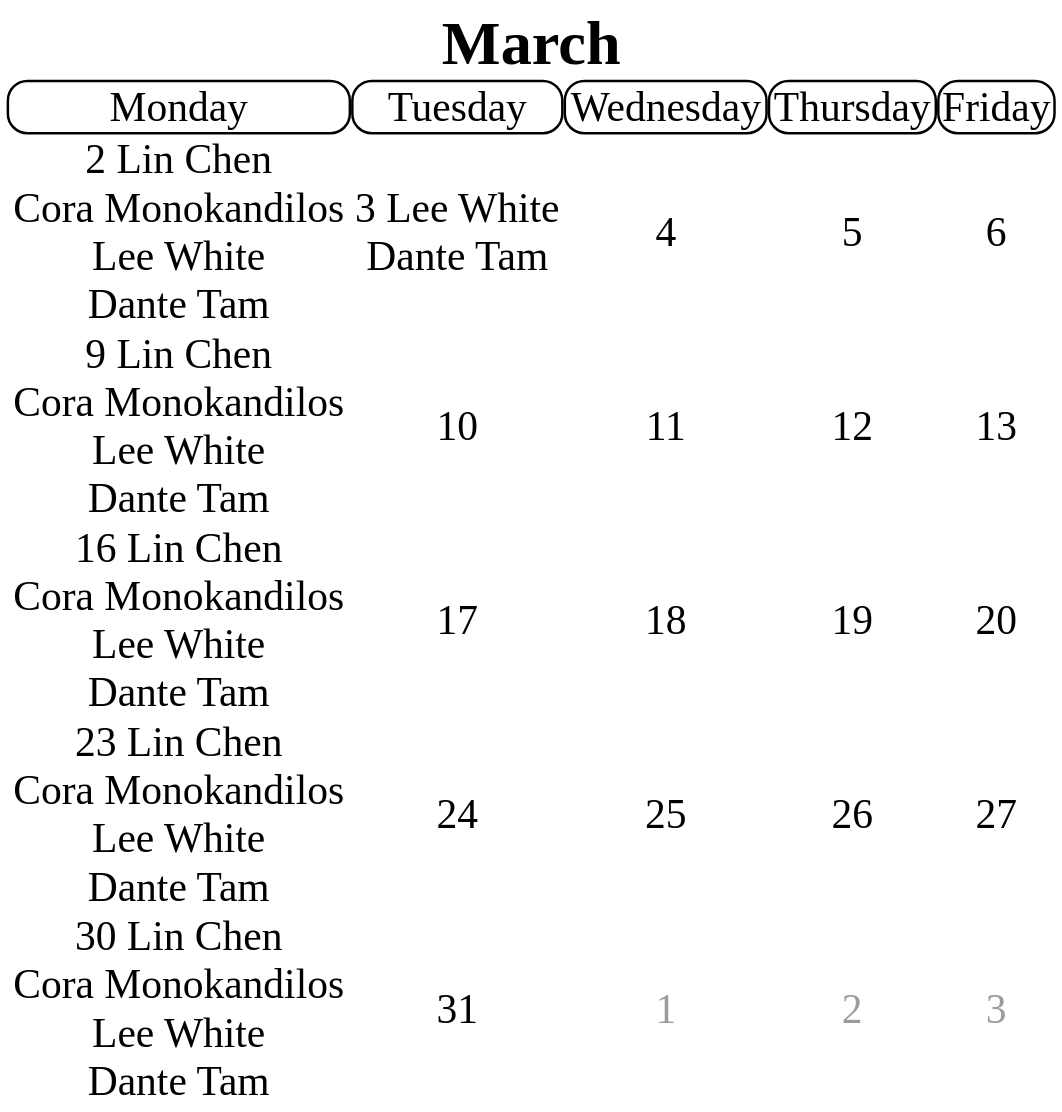
Repository: shleewhite/missionBitCalendar
Page: views/mar.html
The author's editor kept a record of every edit. The page is drawn from the files as they stood at one moment, then again after the next edit.
The browser window is 1280 px wide. The pictures show the whole page, at 83% of full size.

Above is the page before.

### views/mar.html
<article id="mar">
<html>
    <link rel="stylesheet" type="text/css" href="main.css">
    <head></head>
    <body>
        <table id="monthTable">
                <th class="monthHeader" colspan="5">March</th>
            <tr>
                <td class="weekday">Monday</td>
                <td class="weekday">Tuesday</td>
                <td class="weekday">Wednesday</td>
                <td class="weekday">Thursday</td>
                <td class="weekday">Friday</td>
            </tr>
            <tr>
                <td>2 Lin Chen<br>Cora Monokandilos<br>Lee White<br>Dante Tam</td>
                <td>3 Lee White<br>Dante Tam</td>
                <td>4</td>
                <td>5</td>
                <td>6</td>
            </tr>
            <tr>
                <td>9 Lin Chen<br>Cora Monokandilos<br>Lee White<br>Dante Tam</td>
                <td>10</td>
                <td>11</td>
                <td>12</td>
                <td>13</td>
            </tr>
            <tr>
                <td>16 Lin Chen<br>Cora Monokandilos<br>Lee White<br>Dante Tam</td>
                <td>17</td>
                <td>18</td>
                <td>19</td>
                <td>20</td>
            </tr>
            <tr>
                <td>23 Lin Chen<br>Cora Monokandilos<br>Lee White<br>Dante Tam</td>
                <td>24</td>
                <td>25</td>
                <td>26</td>
                <td>27</td>
            </tr>
            <tr>
                <td>30 Lin Chen<br>Cora Monokandilos<br>Lee White<br>Dante Tam</td>
                <td>31</td>
                <td class="nextMonth">1</td>
                <td class="nextMonth">2</td>
                <td class="nextMonth">3</td>
            </tr>
        </table>
    </body>
</html>

### views/main.css
table {
    text-align: center;
    font-size: 50px;
    width: 100%;
    height: 700px;
    border-spacing: 50px 20px;

}
table th {
    text-align: center;
}
#year{
    /*font-family: 'Lobster', cursive;*/
    font-size: 100px;
}
.month{
    border-collapse: separate;
    border-color: #000000;
    border-radius: 25px;
    border-style: double;

    border-top-width: 15px;
    border-bottom-width: 15px;
    border-left-width: 15px;
    border-right-width: 15px;
    cursor: pointer;
}
.monthHeader {
    font-size: 75px;
    border-style: none;
}
.weekday {
    font-size: 50px;
    border-style: solid;
    border-radius: 25px;
}
#monthTable {
    border-spacing: 0px;
    border-color: #000000;
    border-radius: 25px;
    cursor: pointer;
    padding: 0px;
}
.days {
    font-size: 20px;
    text-align: left;
    border-style: double;
}
.noOne {
    text-align: center;
}
.nextMonth {
    color: #9C9C9C;
}

After the next edit:
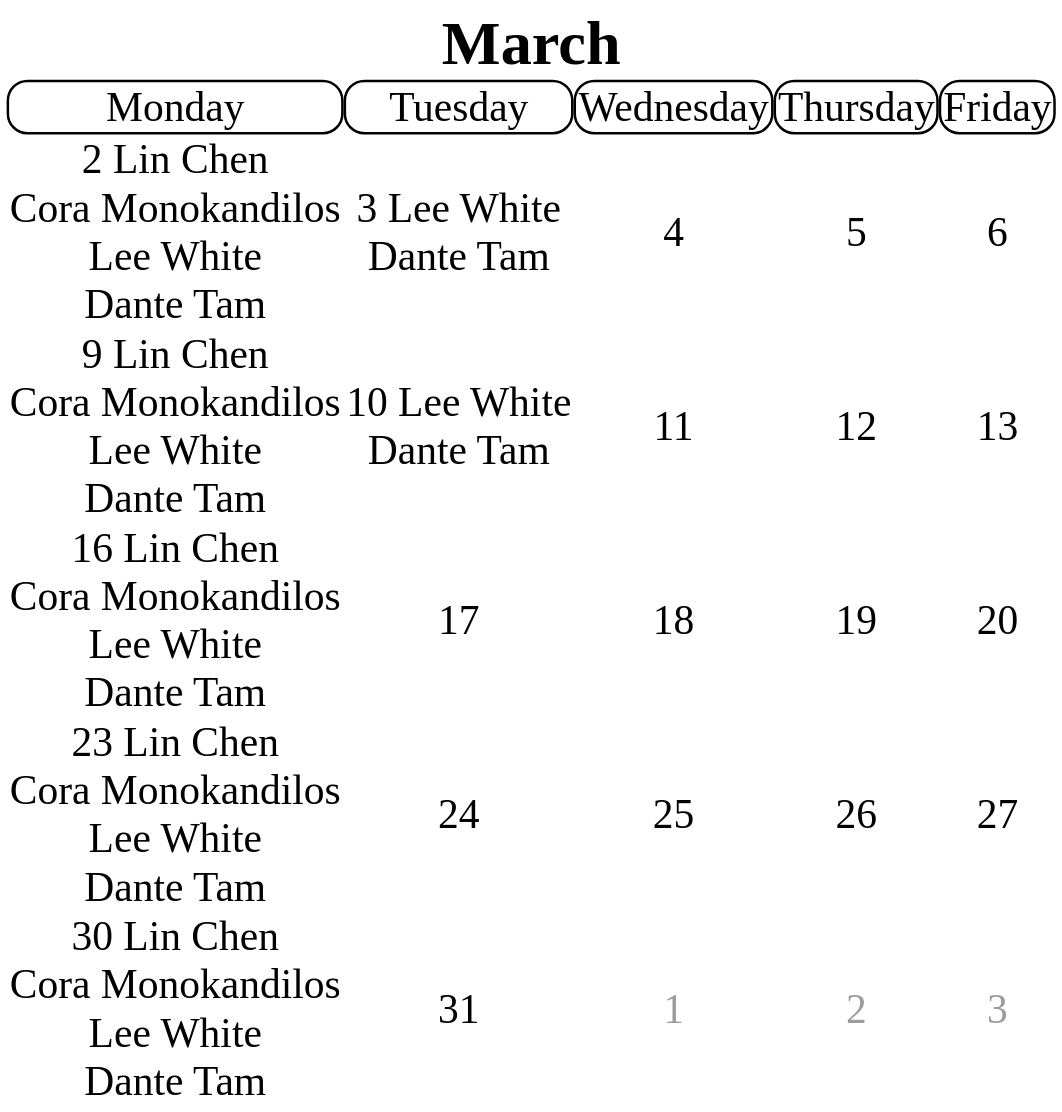
The edit:
--- a/views/mar.html
+++ b/views/mar.html
@@ -21,7 +21,7 @@
             </tr>
             <tr>
                 <td>9 Lin Chen<br>Cora Monokandilos<br>Lee White<br>Dante Tam</td>
-                <td>10</td>
+                <td>10 Lee White<br>Dante Tam</td>
                 <td>11</td>
                 <td>12</td>
                 <td>13</td>
